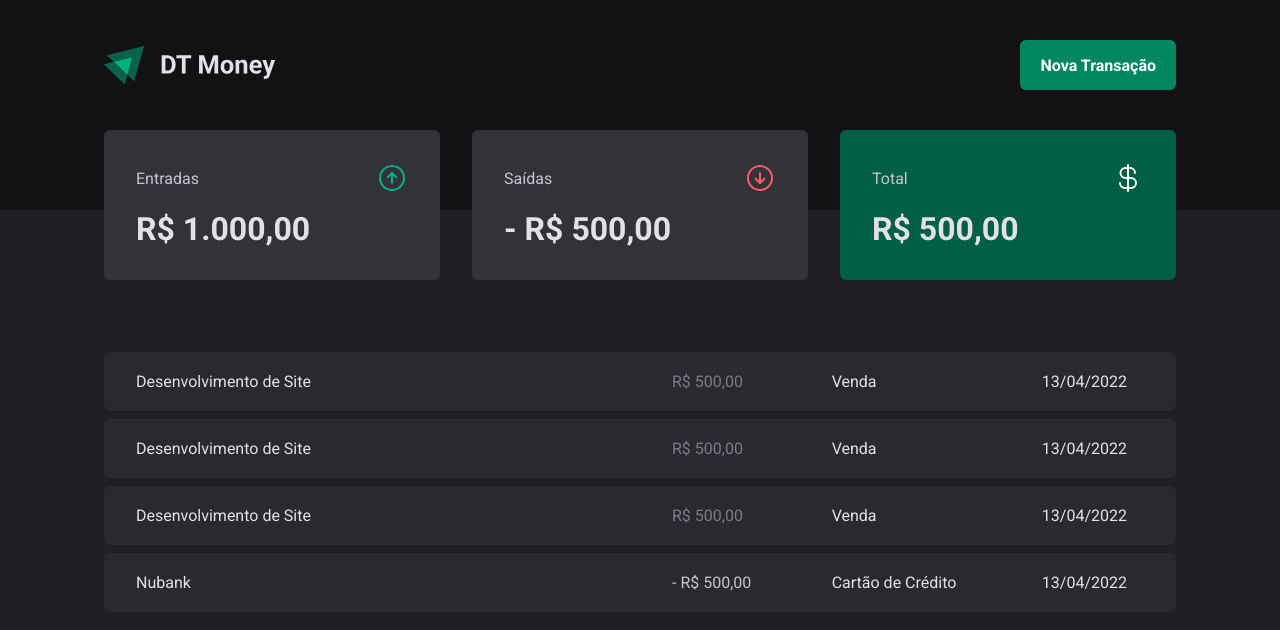
Repository: guilhermecardoso93/dtmoney-reactjs-ignite
Page: /
The author's editor kept a copy of each file at every save. The page is drawn from the files as they stood at one save, then again after the next save.
The browser window is 1280 px wide. The pictures show the whole page.
The project was rebuilt for these pictures with package versions that can differ from the ones it lists, and the page was loaded fresh each time. Also part of the build but not shown: vite.config.ts.

Above is the page before, as saved 2022-08-15 21:34:55.

After the next save:
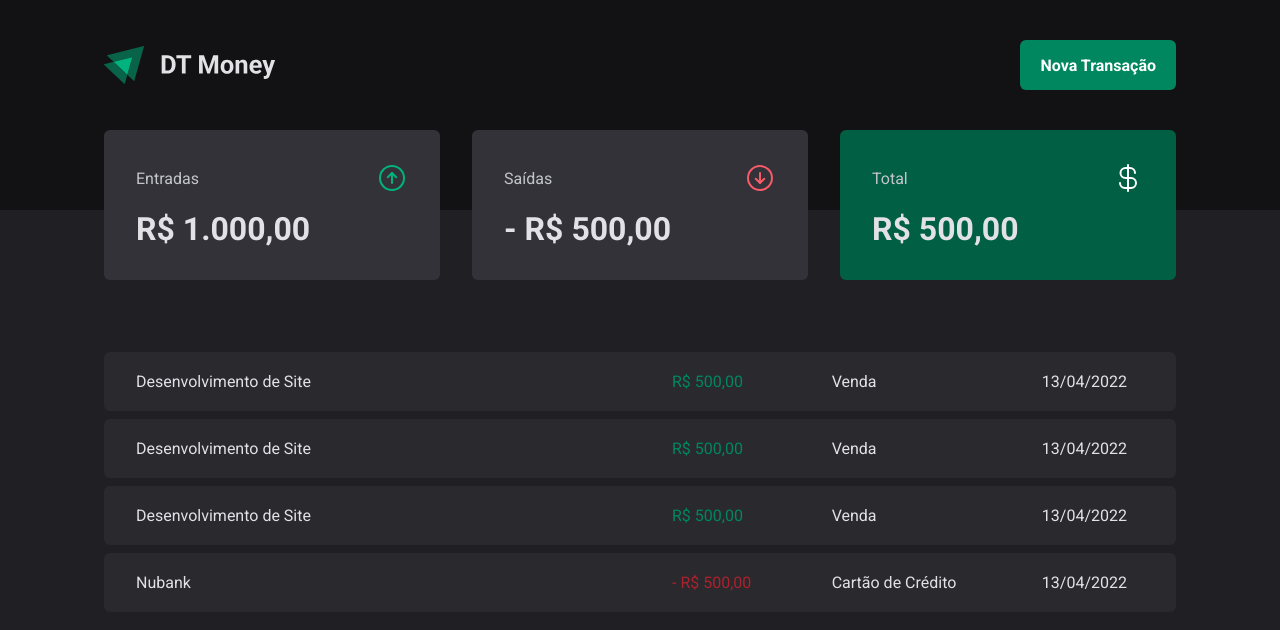
Saved 24 s later.
--- a/src/pages/Transactions/styles.ts
+++ b/src/pages/Transactions/styles.ts
@@ -36,6 +36,6 @@ interface PriceHighLightProps {
 export const PriceHighLight = styled.span<PriceHighLightProps>`
   color: ${(props) =>
   props.variant === "income"
-    ? props.theme["gray-500"]
-    : props.theme["gray-300"]};
+    ? props.theme["green-500"]
+    : props.theme["red-500"]};
 `;
